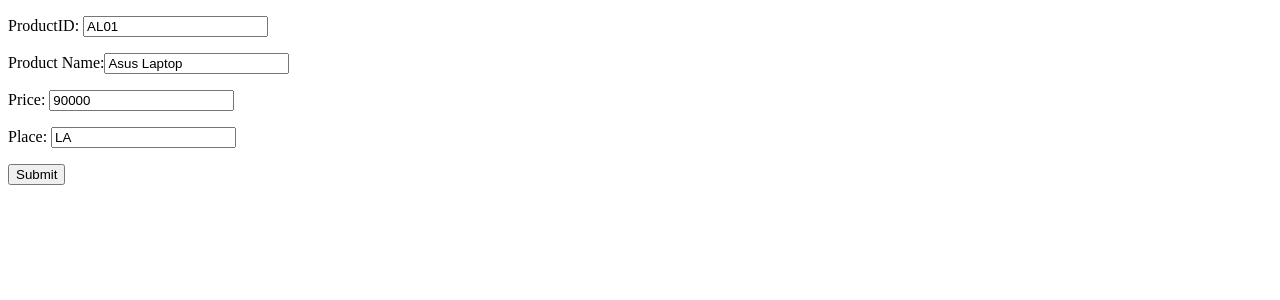
Repository: chofong1999/workspace202607
Page: mvweb0716/src/main/webapp/product.html
An editor plug-in stored every save of this project. The page is shown before and after the next save, followed by the edit.
The browser window is 1280 px wide. The pictures show the whole page.

Above is the page before, as saved 2026-07-16 02:41:27.

### mvweb0716/src/main/webapp/product.html
<!DOCTYPE html>
<html>
<head>
<meta charset="UTF-8">
<title>Insert title here</title>
</head>
<body>
<form action="product.jsp" method="post">
<p>ProductID:   <input type="text" name="product_id" value="AL01"></input></p>
<p>Product Name:<input type="text" name="product_name" value="Asus Laptop"></input></p>
<p>Price:       <input type="text" name="price" value="90000"></input></p>
<p>Place:       <input type="text" name="place" value="LA"></input></p>
<input type="submit">
</form>


</body>
</html>

After the next save:
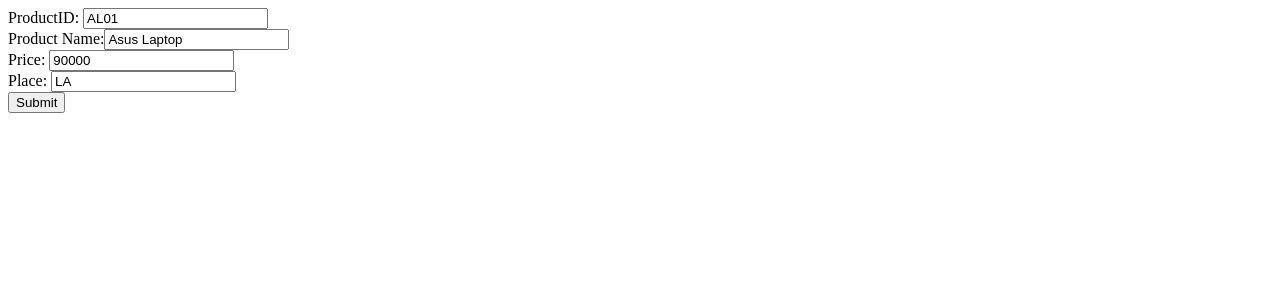
Saved 4 min 36 s later.
--- a/mvweb0716/src/main/webapp/product.html
+++ b/mvweb0716/src/main/webapp/product.html
@@ -6,10 +6,10 @@
 </head>
 <body>
 <form action="product.jsp" method="post">
-<p>ProductID:   <input type="text" name="product_id" value="AL01"></input></p>
-<p>Product Name:<input type="text" name="product_name" value="Asus Laptop"></input></p>
-<p>Price:       <input type="text" name="price" value="90000"></input></p>
-<p>Place:       <input type="text" name="place" value="LA"></input></p>
+<div>ProductID:   <input type="text" name="product_id" value="AL01"></input></div>
+<div>Product Name:<input type="text" name="product_name" value="Asus Laptop"></input></div>
+<div>Price:       <input type="text" name="price" value="90000"></input></div>
+<div>Place:       <input type="text" name="place" value="LA"></input></div>
 <input type="submit">
 </form>
 
